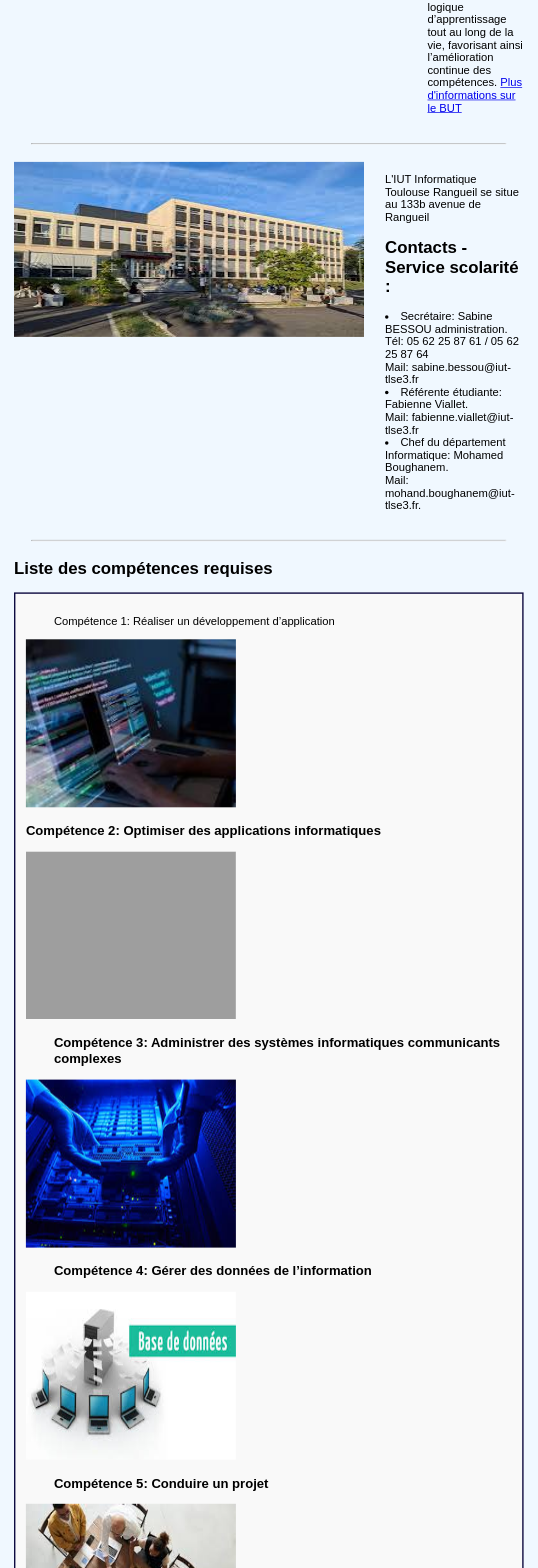
Repository: s0yManar/projet-web-R102
Page: MON.PROJET.HTML&CSS/page.accueil.html
The author's editor kept a copy of each file at every save. The page is drawn from the files as they stood at one save, then again after a run of saves.
The browser window is 768 px wide. The pictures show the part of the page from y = 725 to 2965 px (the page is 3831 px tall before and 3780 px after), at 70% of full size.
Pictures or frames that could not be fetched are drawn as grey boxes.

Above is the page before, as saved 2025-11-26 20:19:36.

### MON.PROJET.HTML&CSS/page.accueil.html
<!DOCTYPE html>
<html lang= "fr">


<head>
    <meta charset="UTF-8">
    <meta name = "viewport" content="width=device-witch, initial-scale=1.0">
    <link rel="stylesheet" href="page-accueil.css">
    <title> Accueil</title>
</head>

<body>
    <header id="header">
        <img src="logo-université.jpg" alt="Université de Toulouse" width="100" height="50">
        <img src="logo-IUT.jpg" alt="Logo de l'IUT de Toulouse" width="80" height="50">
        <img src="logo-but.jpg" alt="logo du BUT" width="50" height="50">
    </header>

    <!--  section reservée à la Historique du BUT: une image sur le BUT à gauche
      et du texte conçu sur le BUT avec un lien vers une source wikipédia  -->

      <div id="descriptif_BUT">
        <div id="descriptif_BUT_img">
            <img src="illustratif.jpg" alt="Image diplome BUT" width="400" height="300">
         </div>

        <h2>  Descriptif général de la formation BUT  </h2>
        <p>Le "bachelor universitaire de technologie" (BUT) est un diplôme de licence professionnelle porté exclusivement par les instituts universitaires de technologie (IUT), sanctionnant une formation organisée en 180 ECTS et conférant le grade de licence. La formation joue aussi un rôle essentiel dans l’adaptation aux transformations futures des métiers : elle permet d’anticiper les évolutions du marché du travail, de développer sa carrière et de répondre à ses propres besoins de qualification. Elle s’inscrit dans une logique d’apprentissage tout au long de la vie, favorisant ainsi l’amélioration continue des compétences. <a href= "https://fr.wikipedia.org/wiki/Bachelor_universitaire_de_technologie"  title="Lien de documentation sur le BUT WIkipédia"> Plus d'informations sur le BUT </a></p>
    </div>

    <hr>

    <section id="article2">
        <!-- section réservée à l'IUT Informatique TR avec photo (quand souris passe, zoom) à gauche,
        du texte à droite et en dessous une LISTE de contact-->
       <div class="contenu_img2">
        <img src="photoIUT.jpg" alt="Photographie de l'IUT site de Rangueil" width="500" height="250" >
        </div>

        <div class="article2.texte">
         <p>L'IUT Informatique Toulouse Rangueil se situe au 133b avenue de Rangueil  </p>
            <h2> Contacts - Service scolarité : </h2>
                <li> Secrétaire: Sabine BESSOU administration. Tél: 05 62 25 87 61 / 05 62 25 87 64
                    <br>
                Mail: sabine.bessou@iut-tlse3.fr </li>
                <li> Référente étudiante: Fabienne Viallet.<br>  Mail:  fabienne.viallet@iut-tlse3.fr
 </li>
                <li> Chef du département Informatique: Mohamed Boughanem. <br>  Mail: mohand.boughanem@iut-tlse3.fr. </li>

     </div>

    </section>

<hr>

    <!--section pour une liste des compétences, contenant une liste de blocs de compétences avec chcunes d'elles illustrées par une image, liste des compétences fondamentales, les blocs doivent être encadrés -->

    <h2> Liste des compétences requises</h2>
<div class="bloc_competences">

     <ol>Compétence 1: Réaliser un développement d’application </ol>
        <img src="compétence1.jpg" alt="Illustration fictive de développement Informatique" width="300" height="240" >



    <h3>  Compétence 2: Optimiser des applications informatiques </h3>
    <img src="compétence2.jpg" alt="Illustration fictive d'optimisation" width="300" height="240">


     <h3> <ol> Compétence 3: Administrer des systèmes informatiques communicants complexes </ol> </h3>
    <img src= "compétence3.jpg" alt="Illustration fictive d'administration systèmes" width="300" height="240" >


     <h3>  <ol> Compétence 4: Gérer des données de l’information </ol>  </h3>
    <img src="compétence_basesdedonnées.jpg" alt=" Illustration fictive de conception de base de données" width="300" height="240">


     <h3> <ol> Compétence 5: Conduire un projet</ol></h3>
    <img src="gestionprojet_jpg.jpg" alt="Illustration fictive" width="300" height="240">


   <h3><ol> Compétence 6: Travailler dans une équipe informatique</ol>
   </h3>
    <img src="collaboration.jpg" alt="Illustration fictive " width="300" height="240" >

</div>



<hr>

<div id="restocrous" content="la vie étudiante" >

     <a href="https://iut.univ-tlse3.fr/des-points-de-restauration-du-crous-dans-vos-campus" title="Portail vers des informations de restauration autour de l'IUT" >
    <img class="affichage_img" src="restocrous.jpg" alt="Photo d'un restaurant universitaire" width="300" height="250" >
    </a>

    <h2> Se restaurer sur le campus de l'IUT de Rangueil ... </h2>
     <p>Quam ob rem vita quidem talis fuit vel fortuna vel gloria, ut nihil posset accedere, moriendi autem sensum celeritas abstulit; quo de genere mortis difficile dictu est; quid homines suspicentur, videtis; hoc vere tamen licet dicere,
 P. Scipioni ex multis diebus, quos in vita celeberrimos.
  Nullam fusce basilico turpis, pretium fusce lasagna justo varius. Aenean espresso ligula elit, sagittis fusce focaccia velit tristique.

    Proin fusce cucina orci, aliquet fusce gelato diam. Donec sapore purus, mattis fusce prosciutto orci imperdiet. Mauris fusce calamari risus, dictum fusce bruschetta lacus fermentum.</p>

</div>



</html>

### MON.PROJET.HTML&CSS/page-accueil.css
/* Style général */
body {
    font-family: Arial, Helvetica, sans-serif;
    margin: 20px;
    background-color: aliceblue;

}

#header {
    display: flex;
    align-items: flex-start;
    gap: 30px;
    padding: 10px;
    border-bottom: 2px solid #bfbfbf;
    background-color: darkblue;
}


/* IMAGE DU BUT À DROITE DANS LA SECTION DESCRIPTIF */
#descriptif_BUT {
    display: flex;
    align-items: center;
    gap: 30px;
    margin-top: 25px;
    margin-bottom: 10px;
}

#descriptif_BUT_img {
    margin-left: 20px;
}

hr {
    margin: 25px ;
    color:darkslategray
}

@media (max-width: 800px) {
    .iut-container {
        flex-direction: column;  /* image au-dessus, texte en dessous */
        align-items: center;
        text-align: center;
    }

    .iut-texte {
        max-width: 90%;
    }
}
#article2{
    display: flex;
    align-items: flex-start;
    gap: 30px;
    margin-bottom: 40px;
}

.article2.texte{
    max-width: 500px;
}

.contenu_img2:hover{
transition: transform 0.35s ease;
transform: scale(1.12);
overflow: hidden;
border-radius: 10px;
object-fit: cover;
padding: 30px;

 }



.bloc_competences {
    border: 2px solid #0d0b41;
    background-color: #f9f9f9;
    padding: 15px;
}

/* Image cliquable de la vie étudiante */
.affichage_img {
    display: flex;
    margin-top: 15px;
    border: 1px solid #cfcfcf;
}



#restocrous {
    display: flex;
    align-items: center;
    gap: 15px;
}

After the next 5 saves:
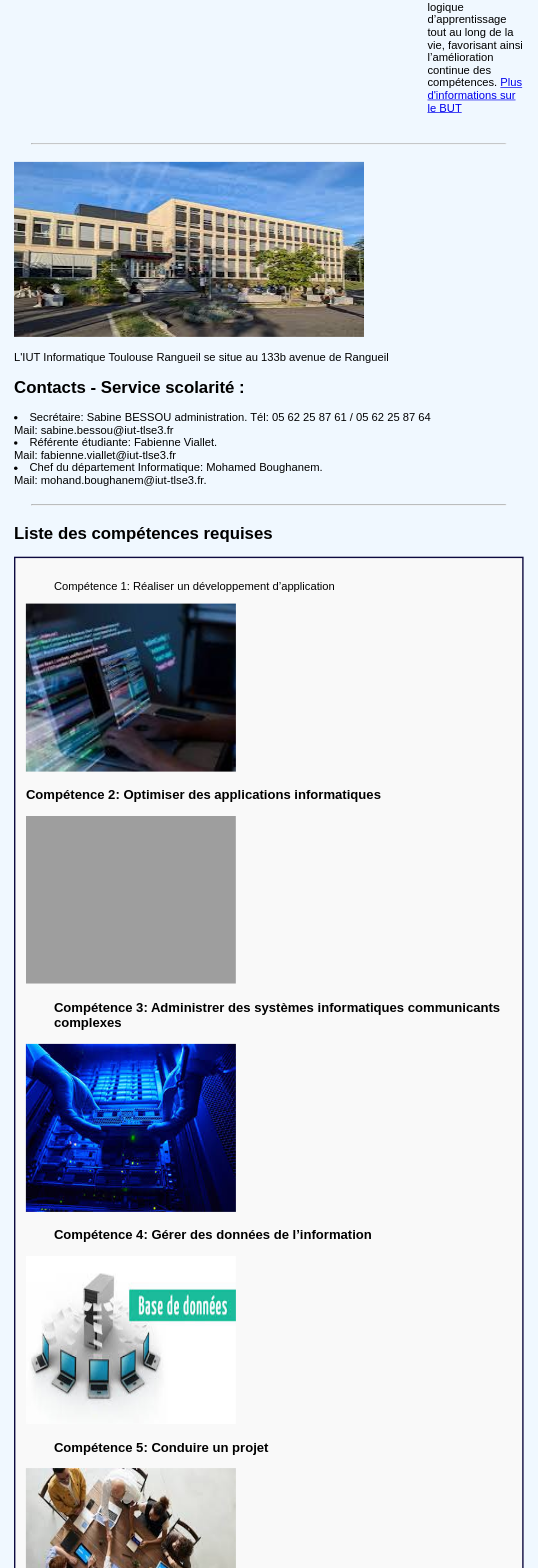
The 5 saves are shown as one change because they came seconds apart.
The last was saved 19 s later.
--- a/MON.PROJET.HTML&CSS/page-accueil.css
+++ b/MON.PROJET.HTML&CSS/page-accueil.css
@@ -35,7 +35,7 @@
 }
 
 @media (max-width: 800px) {
-    .iut-container {
+    #article2
         flex-direction: column;  /* image au-dessus, texte en dessous */
         align-items: center;
         text-align: center;
